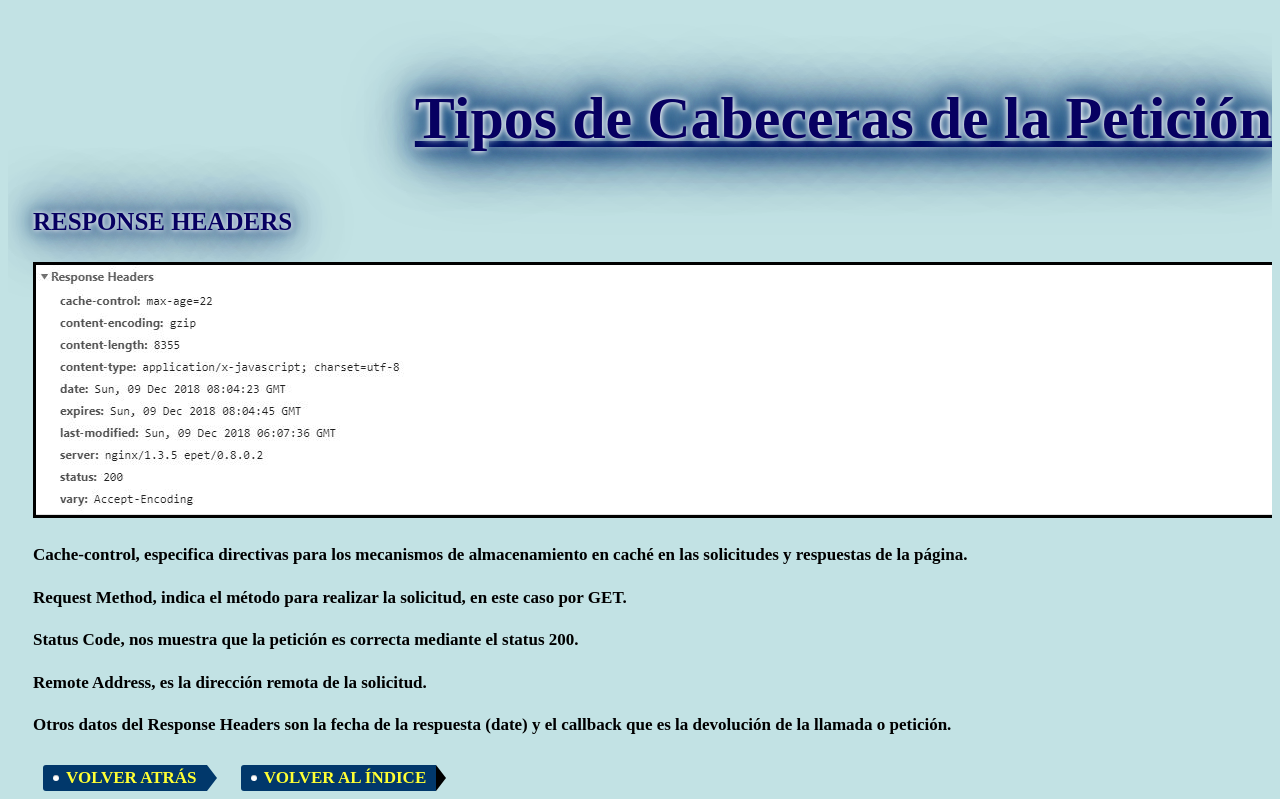
Repository: VictorinoBF97/HerramientasDesarollo
Page: responseHeaders.html
An editor plug-in stored every save of this project. The page is shown before and after a run of saves, followed by the edit.
The browser window is 1280 px wide. The pictures show the whole page.

Above is the page before, as saved 2018-12-09 09:41:34.
Not found: main.js

After the next 5 saves:
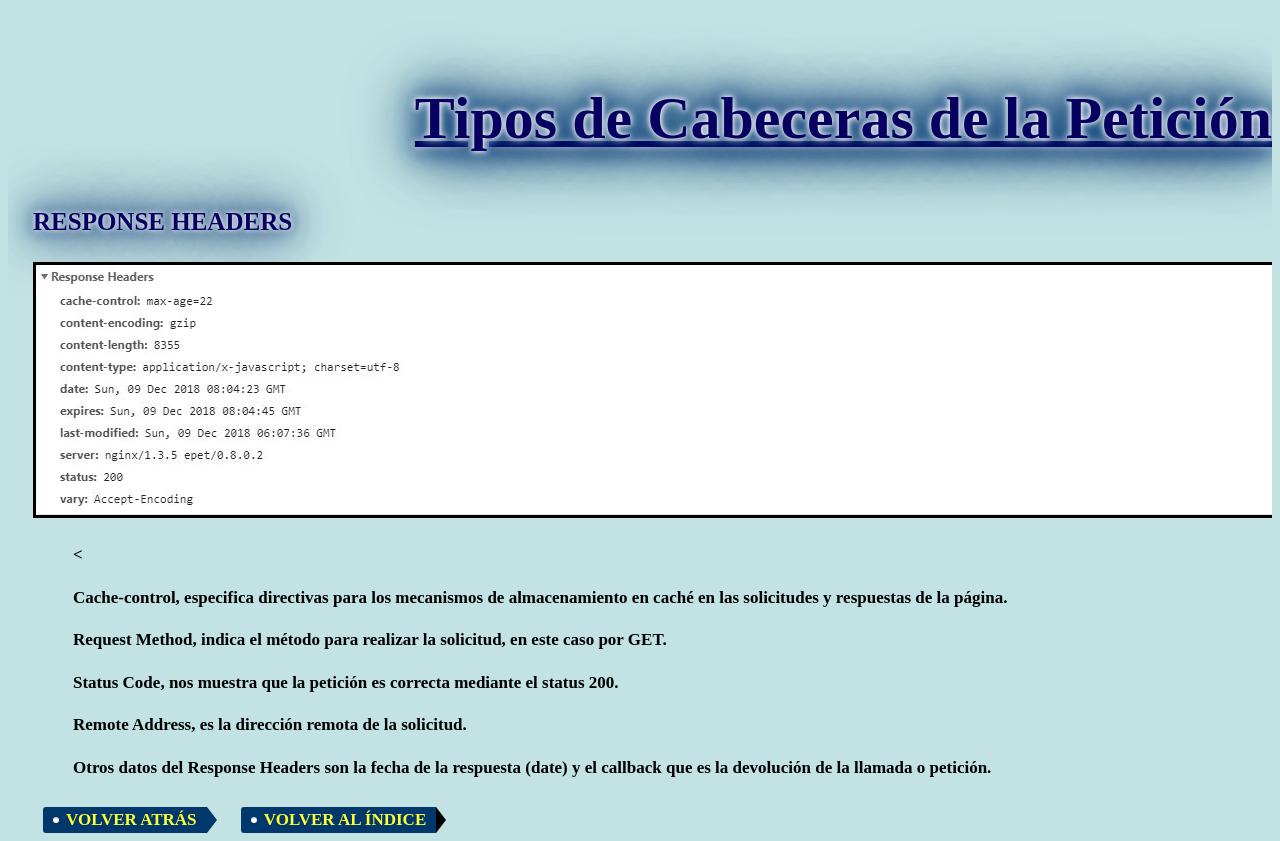
The 5 saves are shown as one change because they came seconds apart.
The last was saved 12 s later.
--- a/responseHeaders.html
+++ b/responseHeaders.html
@@ -20,12 +20,13 @@
             </div>
 
             <div>
-                <ol></ol>
-                <p><strong>Cache-control</strong>, especifica directivas para los mecanismos de almacenamiento en caché en las solicitudes y respuestas de la página.</p>
+                <ol>
+                <<p><strong>Cache-control</strong>, especifica directivas para los mecanismos de almacenamiento en caché en las solicitudes y respuestas de la página.</p>
                 <p><strong>Request Method</strong>, indica el método para realizar la solicitud, en este caso por GET.</p>
                 <p><strong>Status Code</strong>, nos muestra que la petición es correcta mediante el <b>status 200</b>.</p>
                 <p><strong>Remote Address</strong>, es la dirección remota de la solicitud.</p>
                 <p>Otros datos del <b>Response Headers</b> son la fecha de la respuesta (date) y el <strong>callback</strong> que es la devolución de la llamada o petición.</p>
+                </ol>
             </div>
 
 
